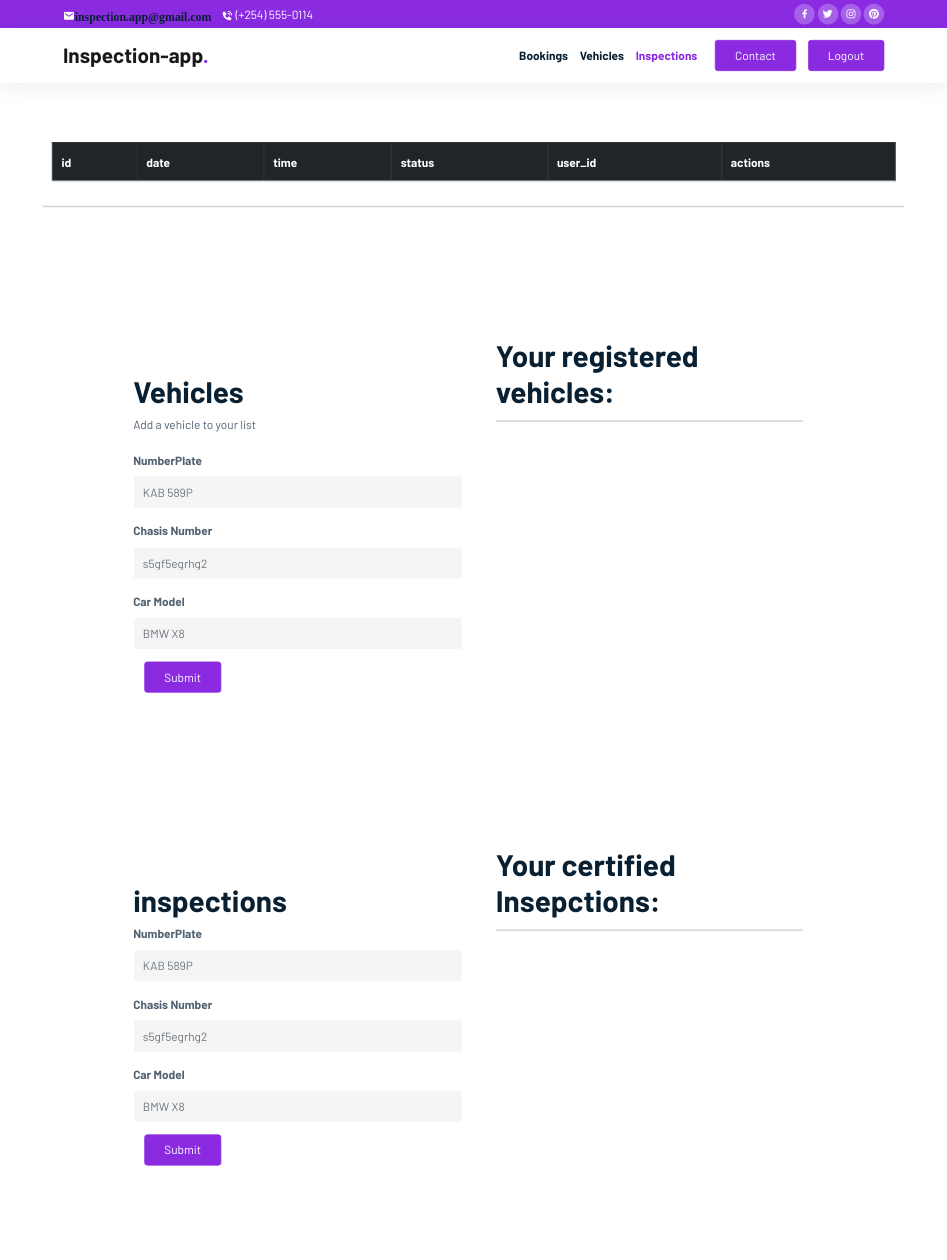
Repository: Jaynie8085/INSPECTION-APP
Page: client/admnDashboard.html
These files come from the project's save history. The page is drawn as it stood at one moment and after the next save; the edit follows.
The browser window is 1280 px wide. The pictures show the whole page, at 74% of full size.
The page's requests for data from a server got no answer. Some web libraries are served in a nearby version.

Above is the page before, as saved 2022-10-17 05:51:39.
Console error: ReferenceError: fetchBookings is not defined

After the next save:
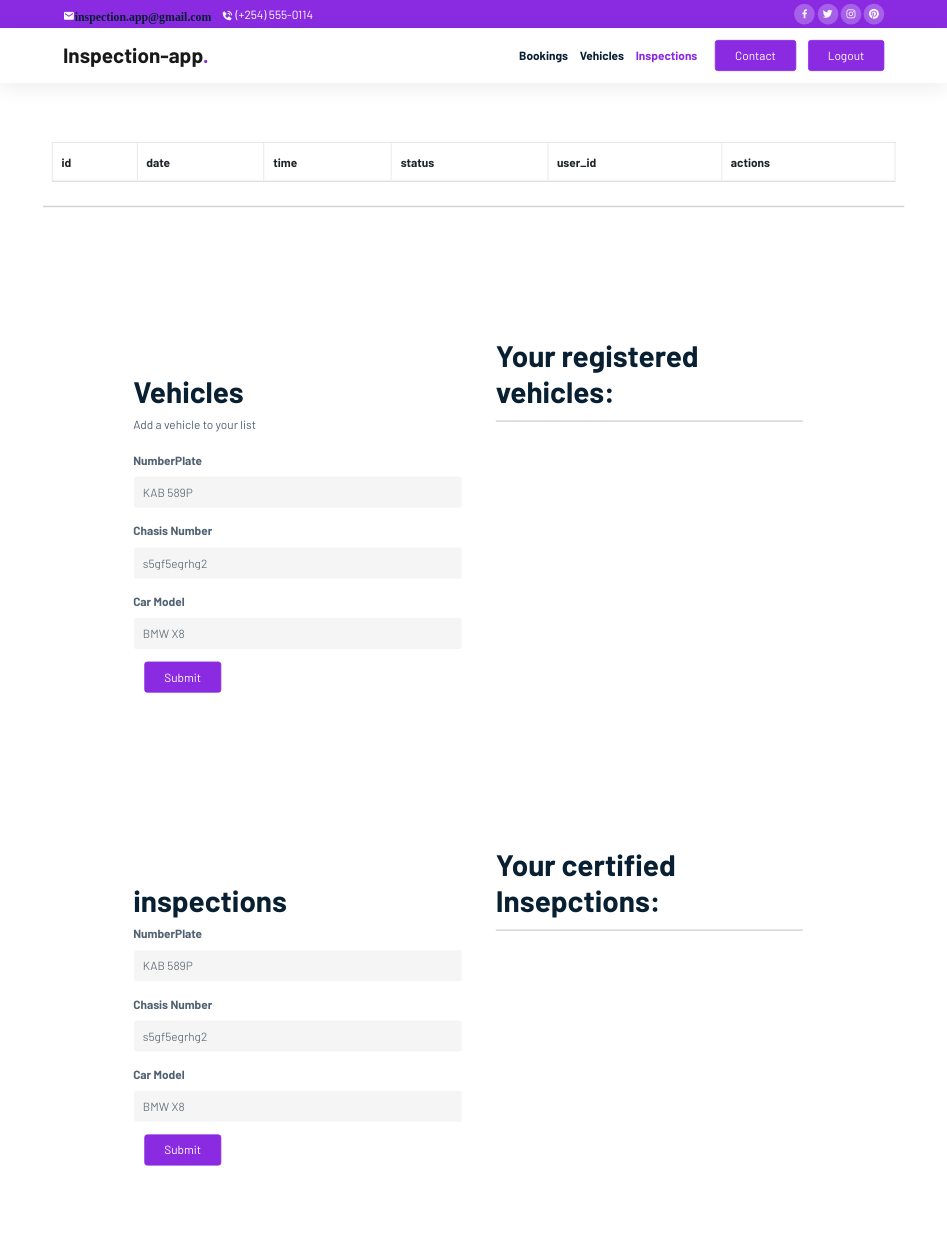
Saved 12 s later.
--- a/client/admnDashboard.html
+++ b/client/admnDashboard.html
@@ -75,7 +75,7 @@
             <div class="container">
                 <div class="row justify-content-center">
                     <table id="example" class="table table-striped table-bordered">
-                        <thead class="table-dark">
+                        <thead ">
                             <tr>
                                 <th>id</th>
                                 <th>date</th>
